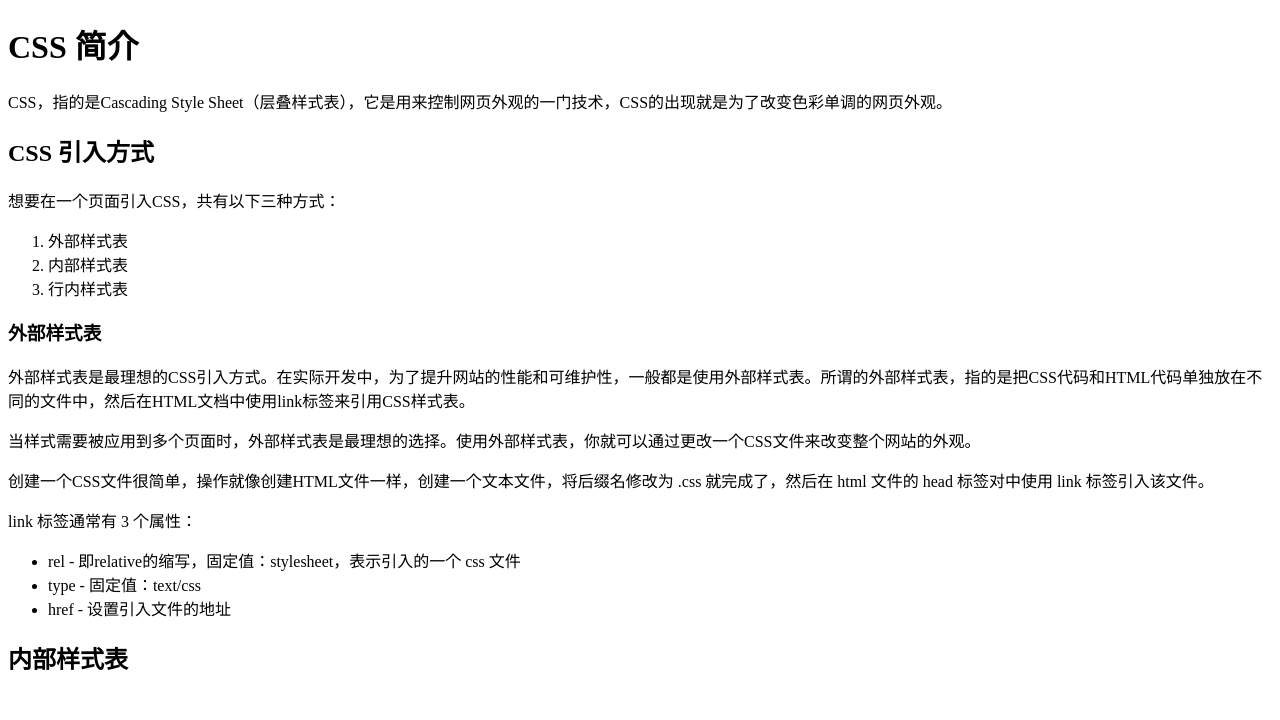
Repository: liang-n/front-end-basics
Page: 11-CSS简介.html
An editor plug-in stored every save of this project. The page is shown before and after the next save, followed by the edit.
The browser window is 1280 px wide. The pictures show the whole page.

Above is the page before, as saved 2022-05-15 20:49:34.

### 11-CSS简介.html
<!DOCTYPE html>

<head>
    <meta charset="UTF-8">
    <title>11-CSS简介</title>
    <link rel="stylesheet" type="text/css" href="css/11-css.css">
</head>

<body>
    <h1>CSS 简介</h1>

    <p>CSS，指的是Cascading Style Sheet（层叠样式表），它是用来控制网页外观的一门技术，CSS的出现就是为了改变色彩单调的网页外观。</p>

    <h2>CSS 引入方式</h2>

    <p>想要在一个页面引入CSS，共有以下三种方式：</p>
    <ol>
        <li>外部样式表</li>
        <li>内部样式表</li>
        <li>行内样式表</li>
    </ol>

    <h3>外部样式表</h3>

    <p>外部样式表是最理想的CSS引入方式。在实际开发中，为了提升网站的性能和可维护性，一般都是使用外部样式表。所谓的外部样式表，指的是把CSS代码和HTML代码单独放在不同的文件中，然后在HTML文档中使用link标签来引用CSS样式表。
    </p>
    <p>当样式需要被应用到多个页面时，外部样式表是最理想的选择。使用外部样式表，你就可以通过更改一个CSS文件来改变整个网站的外观。</p>
    <p>创建一个CSS文件很简单，操作就像创建HTML文件一样，创建一个文本文件，将后缀名修改为 .css 就完成了，然后在 html 文件的 head 标签对中使用 link 标签引入该文件。</p>
    <p>link 标签通常有 3 个属性：</p>
    <ul>
        <li>rel - 即relative的缩写，固定值：stylesheet，表示引入的一个 css 文件</li>
        <li>type - 固定值：text/css</li>
        <li>href - 设置引入文件的地址</li>
    </ul>
    <!--link 标签引用文件的示例在 head 标签中-->

    <h2>内部样式表</h2>



</body>

</html>

Loaded but not shown: css/11-css.css (no stored copy; drawn as an empty file)

After the next save:
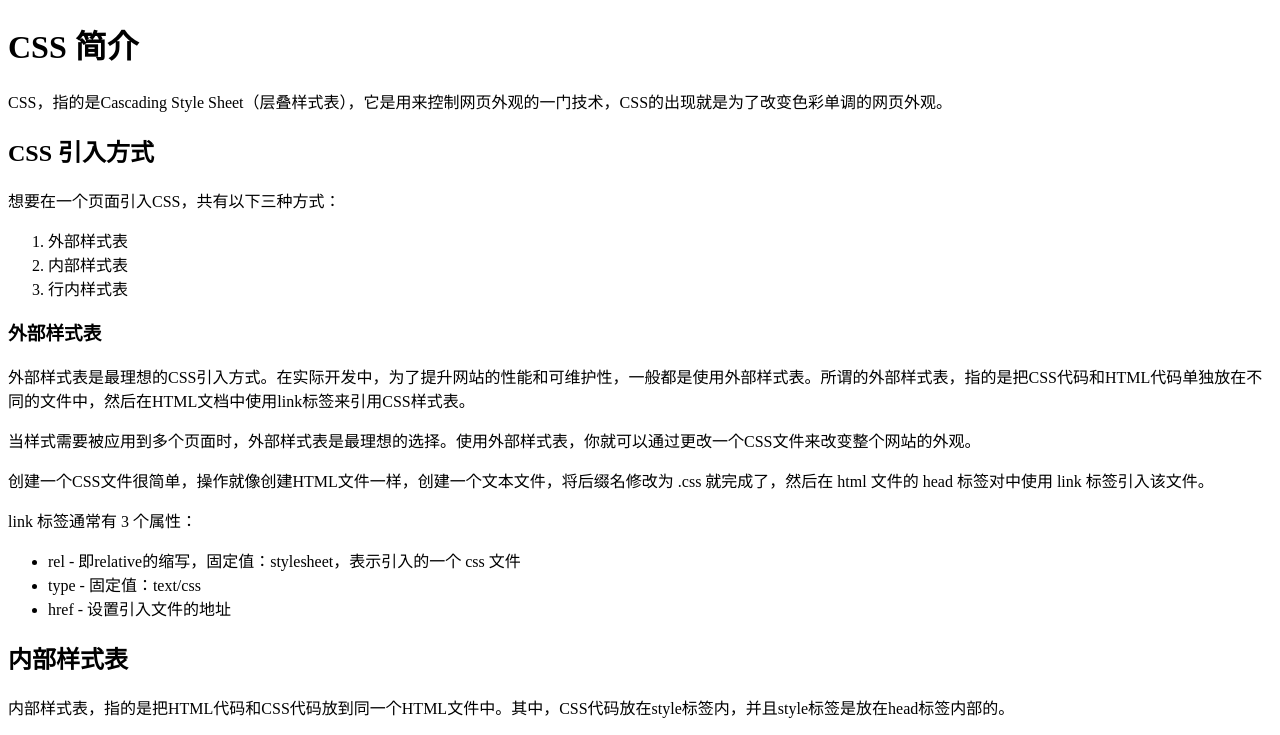
Saved 31 s later.
--- a/11-CSS简介.html
+++ b/11-CSS简介.html
@@ -36,7 +36,7 @@
 
     <h2>内部样式表</h2>
 
-
+    <p>内部样式表，指的是把HTML代码和CSS代码放到同一个HTML文件中。其中，CSS代码放在style标签内，并且style标签是放在head标签内部的。</p>
 
 </body>
 
